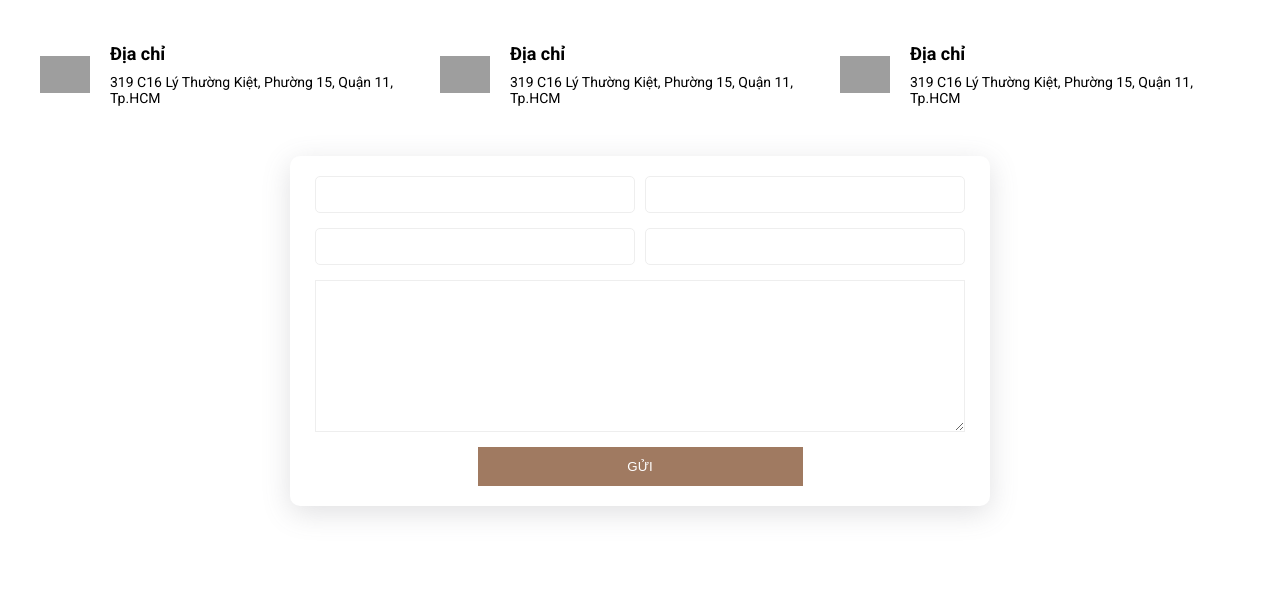
Repository: web345/WEBNANGCAO-clock-
Page: contact.html
An editor plug-in stored every save of this project. The page is shown before and after the next save, followed by the edit.
The browser window is 1280 px wide. The pictures show the part of the page from y = 678 to 1284 px (the page is 1284 px tall).
Pictures or frames that could not be fetched are drawn as grey boxes. Some web libraries are served in a nearby version.

Above is the page before, as saved 2021-09-10 20:33:26.

### contact.html
<!DOCTYPE html>
<html lang="en">
  <head>
    <meta charset="UTF-8" />
    <meta http-equiv="X-UA-Compatible" content="IE=edge" />
    <meta name="viewport" content="width=device-width, initial-scale=1.0" />
    <title>Document</title>
    <link rel="preconnect" href="https://fonts.gstatic.com" />
    <link
      href="https://fonts.googleapis.com/css2?family=Roboto:ital,wght@0,100;0,300;0,400;0,500;0,700;0,900;1,100;1,300;1,400;1,500;1,700;1,900&display=swap"
      rel="stylesheet"
    />
    <link rel="stylesheet" href="./CSS/index.css" />
    <link rel="stylesheet" href="./CSS/contact.css" />
    <link
      rel="stylesheet"
      href="https://cdnjs.cloudflare.com/ajax/libs/font-awesome/5.15.3/css/all.min.css"
    />
    <!-- thư viện slick slider  -->
    <link
      rel="stylesheet"
      type="text/css"
      href="//cdn.jsdelivr.net/npm/slick-carousel@1.8.1/slick/slick.css"
    />
  </head>
  <body>
    <header>
      <div class="header-1">
        <div class="container">
          <div class="header-1-s">
            <div class="header-1-item-1">
              <p class="header-1-item-text-1">
                <i class="fas fa-map-marker-alt icon"></i> 319 - C16 Lý Thường
                Kiệt, P.15, Q.11, Tp.HCM
              </p>
              <p class="header-1-item-text-1">
                <i class="fas fa-phone-alt icon"></i>
                <a href="" class="header-1-item-text-link">076 922 0162</a>
              </p>
            </div>
            <div class="header-1-item-1">
              <p class="header-1-item-text-2">
                <a href="" class="header-1-item-text-link"
                  ><i class="fab fa-facebook-f"></i
                ></a>
              </p>
              <p class="header-1-item-text-2">
                <a href="" class="header-1-item-text-link"
                  ><i class="fab fa-instagram"></i
                ></a>
              </p>
              <p class="header-1-item-text-2">
                <a href="" class="header-1-item-text-link"
                  ><i class="fab fa-twitter"></i
                ></a>
              </p>
            </div>
          </div>
        </div>
      </div>

      <div class="header-2">
        <div class="container">
          <div class="header-2-s">
            <div class="header-2-logo">
              <img src="./logo/logo-mona-2.png" alt="" />
            </div>

            <div class="header-2-search">
              <input type="text" placeholder="Tìm kiếm" />
              <button type="submit"><i class="fas fa-search"></i></button>
            </div>

            <div class="header-2-right">
              <p class="header-2-right-text">
                <a href=""><i class="fas fa-heart"></i></a>
              </p>
              <p class="header-2-right-cart">
                <span class="header-2-right-number">0</span>
              </p>
            </div>
          </div>
        </div>
      </div>

      <!-- lam phan icon de dropmenu khi responsive -->
      <input type="checkbox" id="toggle-menu" />
      <label for="toggle-menu" class="header-icon-responsive">
        <i class="fas fa-bars" id="header-icon1"></i>
        <i class="fas fa-times" id="header-icon2"></i>
      </label>
      <div class="header-3">
        <div class="header-3-s">
          <ul class="header-3-list">
            <li class="header-3-list-item active">
              <a href="./index.html" class="header-3-list-item-link"
                >Trang chủ</a
              >
            </li>
            <li class="header-3-list-item">
              <a href="./introduce.html" class="header-3-list-item-link"
                >Giới thiệu</a
              >
            </li>
            <li class="header-3-list-item">
              <a href="./product-boy.html" class="header-3-list-item-link"
                >đồng hồ nam</a
              >
            </li>
            <li class="header-3-list-item">
              <a href="./product-girl.html" class="header-3-list-item-link"
                >đồng hồ nữ</a
              >
            </li>
            <li class="header-3-list-item">
              <a href="./news.html" class="header-3-list-item-link">blogs</a>
            </li>
            <li class="header-3-list-item">
              <a href="./contact.html" class="header-3-list-item-link"
                >liên hệ</a
              >
            </li>
            <li class="header-3-list-item">
              <a href="" class="header-3-list-item-link">Đăng nhập</a>
            </li>
            <li class="header-3-list-item header-3-list-item-mobile">
              <div class="header-3-list-item-search">
                <input
                  type="text"
                  name=""
                  id=""
                  class="header-3-list-item-search-input"
                  placeholder="Tìm kiếm"
                />
                <button class="header-3-list-item-search-btn" type="submit">
                  <i class="fas fa-search"></i>
                </button>
              </div>
            </li>
          </ul>
        </div>
      </div>
    </header>
    <!-- hết phần header  -->

    <div class="contact">
      <div class="container">
        <div class="contact-maps">
          <div class="contact__maps-epu">
            <iframe
              src="https://www.google.com/maps/embed?pb=!1m18!1m12!1m3!1d3723.657060482336!2d105.78272751429809!3d21.04640359255304!2m3!1f0!2f0!3f0!3m2!1i1024!2i768!4f13.1!3m3!1m2!1s0x3135abb158a2305d%3A0x5c357d21c785ea3d!2zVHLGsOG7nW5nIMSQ4bqhaSBo4buNYyDEkGnhu4duIEzhu7Fj!5e0!3m2!1svi!2s!4v1631268219230!5m2!1svi!2s"
              width="1200"
              height="450"
              style="border: 0"
              allowfullscreen=""
              loading="lazy"
            ></iframe>
          </div>
        </div>
        <div class="contact-list">
          <div class="contact-item">
            <img src="./contact/contact1.PNG" alt="" class="contact-image" />
            <div class="contact-info">
              <h3 class="info-name">Địa chỉ</h3>
              <p class="info-desc">
                319 C16 Lý Thường Kiệt, Phường 15, Quận 11, Tp.HCM
              </p>
            </div>
          </div>
          <div class="contact-item">
            <img src="./contact/contact2.PNG" alt="" class="contact-image" />
            <div class="contact-info">
              <h3 class="info-name">Địa chỉ</h3>
              <p class="info-desc">
                319 C16 Lý Thường Kiệt, Phường 15, Quận 11, Tp.HCM
              </p>
            </div>
          </div>
          <div class="contact-item">
            <img src="./contact/contact3.PNG" alt="" class="contact-image" />
            <div class="contact-info">
              <h3 class="info-name">Địa chỉ</h3>
              <p class="info-desc">
                319 C16 Lý Thường Kiệt, Phường 15, Quận 11, Tp.HCM
              </p>
            </div>
          </div>
        </div>
        <form action="#">
          <div class="form-group">
            <input type="text" class="contact-form" />
            <input type="text" class="contact-form" />
          </div>
          <div class="form-group">
            <input type="text" class="contact-form" />
            <input type="text" class="contact-form" />
          </div>
          <div class="form-group">
            <textarea name="" id="" cols="30" rows="10"></textarea>
          </div>
          <button type="submit" class="btn-contact">Gửi</button>
        </form>
      </div>
    </div>

    <!-- làm phần footer  -->
    <!-- <footer>
      <div class="container">
        <div class="footer-s">
          <div class="row2">
            <div class="footer-item footer-item-1">
              <h2 class="footer-item-tittle">THÔNG TIN LIÊN HỆ</h2>
              <div class="footer-item-list">
                <div class="footer-item-list-item">
                  <div class="footer-item-list-item-icon">
                    <i class="fas fa-map-marker-alt"></i>
                  </div>
                  <div class="footer-item-list-item-text">
                    <p>
                      <a href=""
                        >319 C16 Lý Thường Kiệt, Phường 15, Quận 11, Tp.HCM</a
                      >
                    </p>
                  </div>
                </div>

                <div class="footer-item-list-item">
                  <div class="footer-item-list-item-icon">
                    <i class="fas fa-phone-alt"></i>
                  </div>
                  <div class="footer-item-list-item-text">
                    <p><a href="">076 922 0162</a></p>
                  </div>
                </div>

                <div class="footer-item-list-item">
                  <div class="footer-item-list-item-icon">
                    <i class="fas fa-envelope-open-text"></i>
                  </div>
                  <div class="footer-item-list-item-text">
                    <p><a href="">demonhunterg@gmail.com mon@mona.media</a></p>
                  </div>
                </div>

                <div class="footer-item-list-item">
                  <div class="footer-item-list-item-icon">
                    <i class="fab fa-skype"></i>
                  </div>
                  <div class="footer-item-list-item-text">
                    <p><a href="">demonhunterp</a></p>
                  </div>
                </div>
              </div>
              <div class="footer-item-icon">
                <div class="footer-item-icon-item footer-item-icon-item-face">
                  <a href=""><i class="fab fa-facebook-f"></i></a>
                </div>
                <div class="footer-item-icon-item footer-item-icon-item-insta">
                  <a href=""><i class="fab fa-instagram"></i></a>
                </div>
                <div
                  class="footer-item-icon-item footer-item-icon-item-twitter"
                >
                  <a href=""><i class="fab fa-twitter"></i></a>
                </div>
                <div class="footer-item-icon-item footer-item-icon-item-wifi">
                  <a href=""><i class="fas fa-wifi"></i></a>
                </div>
                <div class="footer-item-icon-item footer-item-icon-item-linked">
                  <a href=""><i class="fab fa-linkedin-in"></i></a>
                </div>
              </div>
            </div>

            <div class="footer-item footer-item-1">
              <h2 class="footer-item-tittle">LIÊN KẾT</h2>
              <div class="footer-item-list">
                <div class="footer-item-list-item">
                  <div class="footer-item-list-item-text">
                    <p><a href="./introduce.html">Giới thiệu</a></p>
                  </div>
                </div>

                <div class="footer-item-list-item">
                  <div class="footer-item-list-item-text">
                    <p><a href="./product-boy.html">Đồng hồ nam</a></p>
                  </div>
                </div>

                <div class="footer-item-list-item">
                  <div class="footer-item-list-item-text">
                    <p><a href="./product-girl.html">Đồng hồ nữ</a></p>
                  </div>
                </div>

                <div class="footer-item-list-item">
                  <div class="footer-item-list-item-text">
                    <p><a href="./news.html">Blogs</a></p>
                  </div>
                </div>

                <div class="footer-item-list-item">
                  <div class="footer-item-list-item-text">
                    <p><a href="./contact.html">Liên hệ</a></p>
                  </div>
                </div>
              </div>
            </div>

            <div class="footer-item footer-item-1">
              <h2 class="footer-item-tittle">HỖ TRỢ</h2>
              <div class="footer-item-list">
                <div class="footer-item-list-item">
                  <div class="footer-item-list-item-text">
                    <p><a href="./introduce.html">Hướng dẫn mua hàng</a></p>
                  </div>
                </div>

                <div class="footer-item-list-item">
                  <div class="footer-item-list-item-text">
                    <p><a href="./introduce.html">Hướng dẫn thanh toán</a></p>
                  </div>
                </div>

                <div class="footer-item-list-item">
                  <div class="footer-item-list-item-text">
                    <p><a href="./introduce.html">Chính sách bảo hành</a></p>
                  </div>
                </div>

                <div class="footer-item-list-item">
                  <div class="footer-item-list-item-text">
                    <p><a href="./introduce.html">Chính sách đổi trả</a></p>
                  </div>
                </div>

                <div class="footer-item-list-item">
                  <div class="footer-item-list-item-text">
                    <p><a href="./contact.html">Tư vấn khách hàng</a></p>
                  </div>
                </div>
              </div>
            </div>

            <div class="footer-item footer-item-4">
              <h2 class="footer-item-tittle">TẢI ỨNG DỤNG TRÊN</h2>
              <div class="footer-item-list">
                <div class="footer-item-list-item">
                  <div class="footer-item-list-item-text">
                    <p>
                      <a href=""
                        >Ứng dụng Mona Watch hiện có sẵn trên Google Play & App
                        Store. Tải nó ngay.</a
                      >
                    </p>
                  </div>
                </div>

                <div class="footer-item-list-item">
                  <img
                    class="footer-item-list-item-img"
                    src="http://mauweb.monamedia.net/donghohaitrieu/wp-content/uploads/2019/07/img-googleplay.jpg"
                    alt=""
                  />
                </div>

                <div class="footer-item-list-item">
                  <img
                    class="footer-item-list-item-img"
                    src="http://mauweb.monamedia.net/donghohaitrieu/wp-content/uploads/2019/07/img-appstore.jpg"
                    alt=""
                  />
                </div>
              </div>
            </div>
          </div>
        </div>
      </div>
      <h3 class="footer-banquyen">Lương Ngọc Vinh - Nguyễn Huy Hoàng</h3>
    </footer> -->

    <!-- thư viện js của jquery -->
    <script src="https://cdnjs.cloudflare.com/ajax/libs/jquery/3.6.0/jquery.min.js"></script>
    <!-- thư viện js của AOS -->
    <script src="https://cdnjs.cloudflare.com/ajax/libs/aos/2.0.2/aos.js"></script>
    <script>
      AOS.init({
        offset: 120,
        duration: 500,
      });
    </script>
    <!-- thư viện js của slick slider -->
    <script
      type="text/javascript"
      src="//cdn.jsdelivr.net/npm/slick-carousel@1.8.1/slick/slick.min.js"
    ></script>
    <script>
      $(document).ready(function () {
        $(".single-item").slick({
          autoplay: true,
          autoplaySpeed: 2000,
          prevArrow: ".main-banner-arrow-left",
          nextArrow: ".main-banner-arrow-right",
        });

        $(".responsive").slick({
          dots: false,
          infinite: true,
          speed: 300,
          slidesToShow: 4,
          slidesToScroll: 4,
          prevArrow: ".main-3-tittle-arrow-left",
          nextArrow: ".main-3-tittle-arrow-right",
          autoplay: true,
          autoplaySpeed: 1500,
          responsive: [
            {
              breakpoint: 1024,
              settings: {
                slidesToShow: 3,
                slidesToScroll: 3,
                infinite: true,
                dots: false,
              },
            },
            {
              breakpoint: 680,
              settings: {
                slidesToShow: 2,
                slidesToScroll: 2,
              },
            },
            {
              breakpoint: 480,
              settings: {
                slidesToShow: 1,
                slidesToScroll: 1,
              },
            },
            // You can unslick at a given breakpoint now by adding:
            // settings: "unslick"
            // instead of a settings object
          ],
        });
      });
    </script>
  </body>
</html>

### CSS/contact.css
.contact {
  margin-top: 30px;
  margin-bottom: 100px;
}

.contact-list {
  margin-top: 40px;
  display: flex;
  justify-content: space-between;
}
.contact-item {
  display: flex;
  align-items: center;
}

.contact-item img {
  width: 50px;
  margin-right: 20px;
}

h3.info-name {
  font-size: 18px;
  margin-bottom: 10px;
}

form {
  max-width: 700px;
  width: 100%;
  margin: 50px auto 0;
  background-color: #fff;
  box-shadow: rgba(100, 100, 111, 0.2) 0px 7px 29px 0px;
  padding: 20px 25px;
  border-radius: 10px;
}

.form-group {
  display: flex;
  align-items: center;
  gap: 10px;
  margin-bottom: 15px;
}

.form-group input {
  width: 50%;
  padding: 10px 15px;
  outline: none;
  border: 1px solid #eee;
  border-radius: 5px;
  transition: all 0.25s linear;
}

.form-group input:focus {
  border-color: #3d6ef7;
}

.form-group textarea {
  width: 100%;
  outline: none;
  border: 1px solid #eee;
}

button.btn-contact {
  margin: 0 auto;
  padding: 12px 24px;
  width: 50%;
  display: block;
  outline: none;
  border: none;
  cursor: pointer;
  background-color: #a07a61;
  color: #fff;
  text-transform: uppercase;
}

Loaded but not shown: CSS/index.css (1088 lines, source omitted)

After the next save:
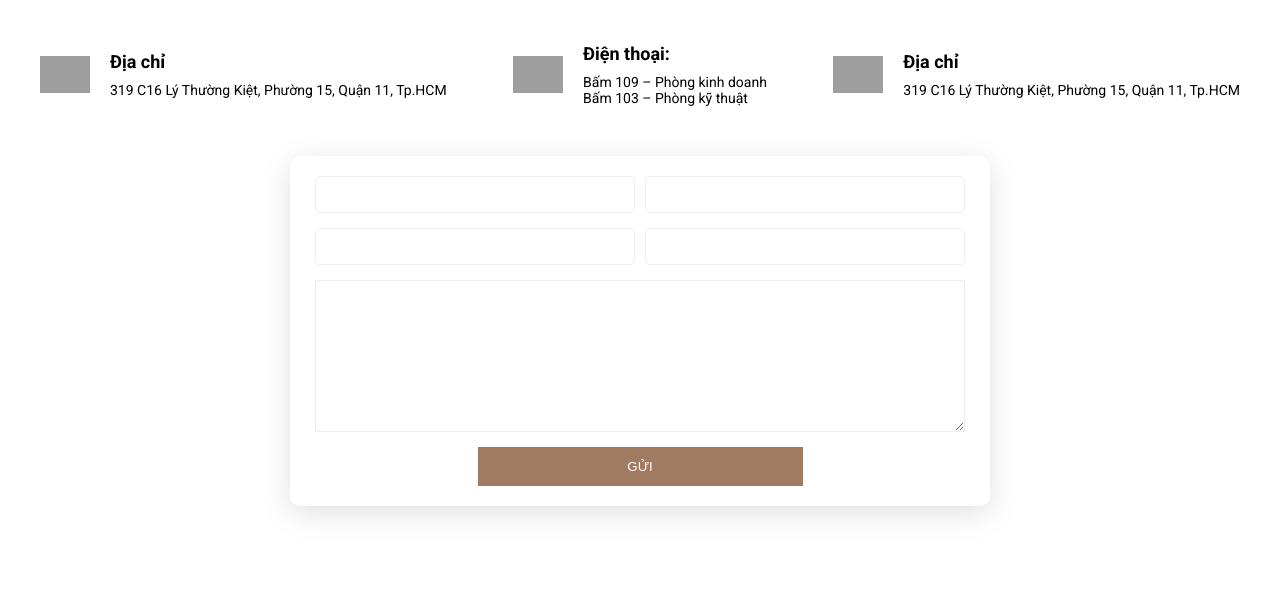
Saved 66 s later.
--- a/contact.html
+++ b/contact.html
@@ -170,10 +170,9 @@
           <div class="contact-item">
             <img src="./contact/contact2.PNG" alt="" class="contact-image" />
             <div class="contact-info">
-              <h3 class="info-name">Địa chỉ</h3>
-              <p class="info-desc">
-                319 C16 Lý Thường Kiệt, Phường 15, Quận 11, Tp.HCM
-              </p>
+              <h3 class="info-name">Điện thoại:</h3>
+              <p class="info-desc">Bấm 109 – Phòng kinh doanh</p>
+              <p class="info-desc">Bấm 103 – Phòng kỹ thuật</p>
             </div>
           </div>
           <div class="contact-item">
